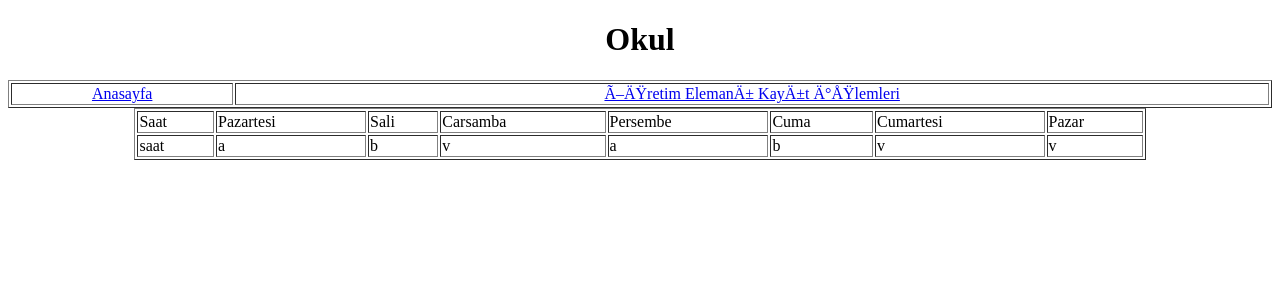
Repository: Egemen-ve-Burakhan-internet-final/final
Page: http://localhost/ogretim/
An editor plug-in stored every save of this project. The page is shown before and after the next save, followed by the edit.
The browser window is 1280 px wide. The pictures show the whole page.
The page is served by Tomcat 9.

Above is the page before, as saved 2020-05-25 14:06:53.

After the next save:
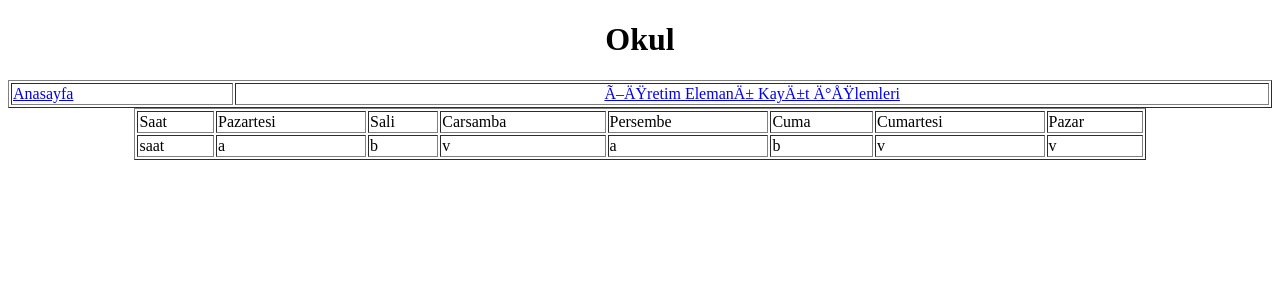
Saved 33 s later.
--- a/okul/ogretim/WebContent/index.jsp
+++ b/okul/ogretim/WebContent/index.jsp
@@ -15,7 +15,7 @@
 		<div>
 			<table border = "1px" width="100%" align= center>
 				<tr>
-					<td style="text-align:center"><a href="#">Anasayfa</a></td>
+					<td style="text-align:center padding-left:20"><a href="#">Anasayfa</a></td>
 					<td style="text-align:center"><a href="#">Öğretim Elemanı Kayıt İşlemleri</a></td>
 				</tr>
 			</table>

After the save that followed:
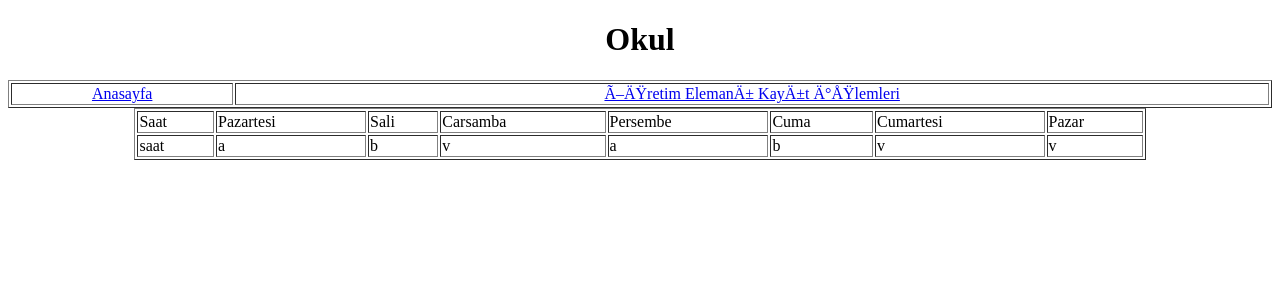
Saved 7 s later.
--- a/okul/ogretim/WebContent/index.jsp
+++ b/okul/ogretim/WebContent/index.jsp
@@ -15,7 +15,7 @@
 		<div>
 			<table border = "1px" width="100%" align= center>
 				<tr>
-					<td style="text-align:center padding-left:20"><a href="#">Anasayfa</a></td>
+					<td style="text-align:center"><a href="#">Anasayfa</a></td>
 					<td style="text-align:center"><a href="#">Öğretim Elemanı Kayıt İşlemleri</a></td>
 				</tr>
 			</table>
